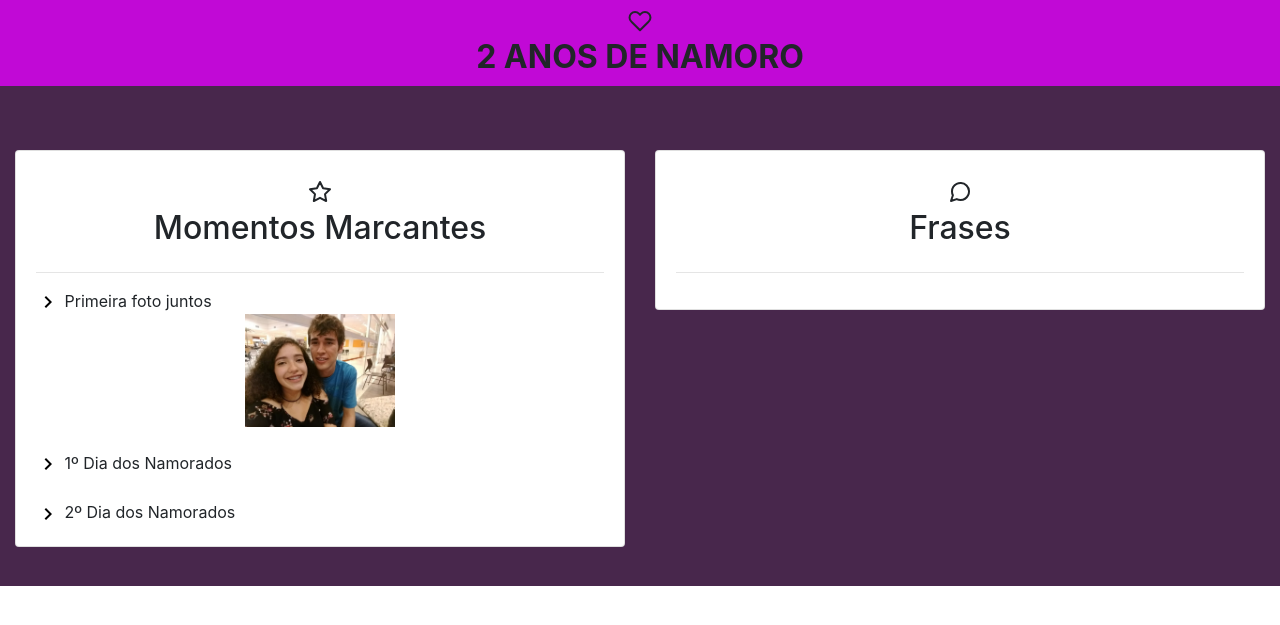
Repository: MeuAmor/meuamor.github.io
Page: index.html
An editor plug-in stored every save of this project. The page is shown before and after the next save, followed by the edit.
The browser window is 1280 px wide. The pictures show the whole page.

Above is the page before, as saved 2019-08-20 22:07:46.

### index.html
<!DOCTYPE html>
<html lang="pt">
<head>
  <title>2 ANOS</title>
  <meta charset="utf-8">
  <meta name="viewport" content="width=device-width, initial-scale=1">
  <link rel="stylesheet" href="assets/css/bootstrap4.1/bootstrap.min.css">
  <script src="assets/js/jquery.3.3.1.min.js"></script>
  <script src="assets/js/bootstrap4.1/popper.min.js"></script>
	<script src="assets/js/bootstrap4.1/bootstrap.min.js"></script>
	<!-- <style>
			hr {
				margin-top: 1rem;
				margin-bottom: 1rem;
				border: 5;
				border-top: 1px solid rgba(0, 0, 0, 0.1);
			}
		</style> -->
</head>
<body class="container-fluid">


	<div class="row" style="background:#c109d6">
		<div class="col-md-12 text-left">
			<h2>
                <!-- <svg xmlns="http://www.w3.org/2000/svg" width="24" height="24" viewBox="0 0 24 24" fill="none" stroke="currentColor"
                        stroke-width="2" stroke-linecap="round" stroke-linejoin="round" class="feather feather-heart">
                    <path d="M20.84 4.61a5.5 5.5 0 0 0-7.78 0L12 5.67l-1.06-1.06a5.5 5.5 0 0 0-7.78 7.78l1.06 1.06L12 21.23l7.78-7.78 1.06-1.06a5.5 5.5 0 0 0 0-7.78z"/>
                </svg> -->
                <div class="text-center">

                    <svg xmlns="http://www.w3.org/2000/svg" width="24" height="24" viewBox="0 0 24 24" fill="none" stroke="currentColor"
                            stroke-width="2" stroke-linecap="round" stroke-linejoin="round" class="feather feather-heart">
                        <path d="M20.84 4.61a5.5 5.5 0 0 0-7.78 0L12 5.67l-1.06-1.06a5.5 5.5 0 0 0-7.78 7.78l1.06 1.06L12 21.23l7.78-7.78 1.06-1.06a5.5 5.5 0 0 0 0-7.78z"/>
                    </svg>
                </div>
                <div class="text-center">

                    <b>2 ANOS DE NAMORO </b>
                </div>
            </h2>
		</div>
		<div class="col-md-6 " id="redes_sociais">
			<!-- <a style="margin:10px;" class="btn btn-info btn-xs float-right" href="http://www.linkedin.com/in/leonardo-bernardes-da-silva-a8869b132">
				<svg xmlns="http://www.w3.org/2000/svg" width="24" height="24" viewBox="0 0 24 24" fill="none" stroke="currentColor" stroke-width="2" stroke-linecap="round" stroke-linejoin="round" class="feather feather-linkedin">
					<path d="M16 8a6 6 0 0 1 6 6v7h-4v-7a2 2 0 0 0-2-2 2 2 0 0 0-2 2v7h-4v-7a6 6 0 0 1 6-6z"></path><rect x="2" y="9" width="4" height="12"></rect>
					<circle cx="4" cy="4" r="2"></circle></svg>	LinkedIn</a>
				<a style="margin:10px;" class="btn btn-primary btn-xs float-right" href="http://www.facebook.com/lezinho.bernardes">
					<svg xmlns="http://www.w3.org/2000/svg" width="24" height="24" viewBox="0 0 24 24" fill="none" stroke="currentColor" stroke-width="2" stroke-linecap="round" stroke-linejoin="round" class="feather feather-facebook">
						<path d="M18 2h-3a5 5 0 0 0-5 5v3H7v4h3v8h4v-8h3l1-4h-4V7a1 1 0 0 1 1-1h3z"></path>
					</svg>
					LinkedIn
				</a>  -->
		</div>


</div>
<div class="row" style="background:#48274c;min-height: 500px;">

	<!-- <hr> -->
	<!-- <p style="margin: 10px;">
		<a class="btn btn-dark" data-toggle="collapse" href="#multiCollapseExample1" role="button" aria-expanded="false" aria-controls="multiCollapseExample1">Toggle first element</a>
		<button class="btn btn-dark" type="button" data-toggle="collapse" data-target="#multiCollapseExample2" aria-expanded="false" aria-controls="multiCollapseExample2">Toggle second element</button>
		<button class="btn btn-dark" type="button" data-toggle="collapse" data-target=".multi-collapse" aria-expanded="false" aria-controls="multiCollapseExample1 multiCollapseExample2">Toggle both elements</button> -->
	<!-- </p> -->


	<div class="col-md-6" style="margin-top: 5%;">
		<div class="card card-body">
            <h2>
                <div class="text-center">

                    <svg xmlns="http://www.w3.org/2000/svg" width="24" height="24" viewBox="0 0 24 24"
                        fill="none" stroke="currentColor" stroke-width="2" stroke-linecap="round" stroke-linejoin="round"
                        class="feather feather-star">
                        <polygon points="12 2 15.09 8.26 22 9.27 17 14.14 18.18 21.02 12 17.77 5.82 21.02 7 14.14 2 9.27 8.91 8.26 12 2"/>
                    </svg>
                </div>
                <div class="text-center">

                    Momentos Marcantes
                </div>
            </h2>
            <hr>
            <div>

                <svg xmlns="http://www.w3.org/2000/svg" width="24" height="24" viewBox="0 0 24 24">
                    <path d="M8.59 16.59L13.17 12 8.59 7.41 10 6l6 6-6 6-1.41-1.41z"/>
                    <path fill="none" d="M0 0h24v24H0V0z"/>
                </svg>
                Primeira foto juntos<br>
                <div class="text-center">
                    <img src="imagens/primeira_foto.jpg" alt="Primeira Foto" width="150px;">
                </div>
                <br>
                <svg xmlns="http://www.w3.org/2000/svg" width="24" height="24" viewBox="0 0 24 24">
                    <path d="M8.59 16.59L13.17 12 8.59 7.41 10 6l6 6-6 6-1.41-1.41z"/>
                    <path fill="none" d="M0 0h24v24H0V0z"/>
                </svg>
                1º Dia dos Namorados<br>
                <div class="text-center">


                </div>
                <br>


                <svg xmlns="http://www.w3.org/2000/svg" width="24" height="24" viewBox="0 0 24 24">
                    <path d="M8.59 16.59L13.17 12 8.59 7.41 10 6l6 6-6 6-1.41-1.41z"/>
                    <path fill="none" d="M0 0h24v24H0V0z"/>
                </svg> 2º Dia dos Namorados

            </div>
		</div>
	</div>
	<div class="col-md-6" style="margin-top: 5%;">
		<div class="card card-body">
            <h2 style="text-align:center;">
                <div class="text-center">

                    <svg xmlns="http://www.w3.org/2000/svg" width="24" height="24" viewBox="0 0 24 24" fill="none" stroke="currentColor" stroke-width="2" stroke-linecap="round" stroke-linejoin="round" class="feather feather-message-circle">
                    <path d="M21 11.5a8.38 8.38 0 0 1-.9 3.8 8.5 8.5 0 0 1-7.6 4.7 8.38 8.38 0 0 1-3.8-.9L3 21l1.9-5.7a8.38 8.38 0 0 1-.9-3.8 8.5 8.5 0 0 1 4.7-7.6 8.38 8.38 0 0 1 3.8-.9h.5a8.48 8.48 0 0 1 8 8v.5z"/></svg>
                </div>
                <div class="text-center">
                    Frases
                </div>
            </h2>
			<hr>
            <div class="row">


            </div>
        </div>

	</div>

</div>
</body>
</html>

Loaded but not shown: assets/css/bootstrap4.1/bootstrap.min.css (library); assets/js/jquery.3.3.1.min.js (library); assets/js/bootstrap4.1/popper.min.js (library); assets/js/bootstrap4.1/bootstrap.min.js (library)

After the next save:
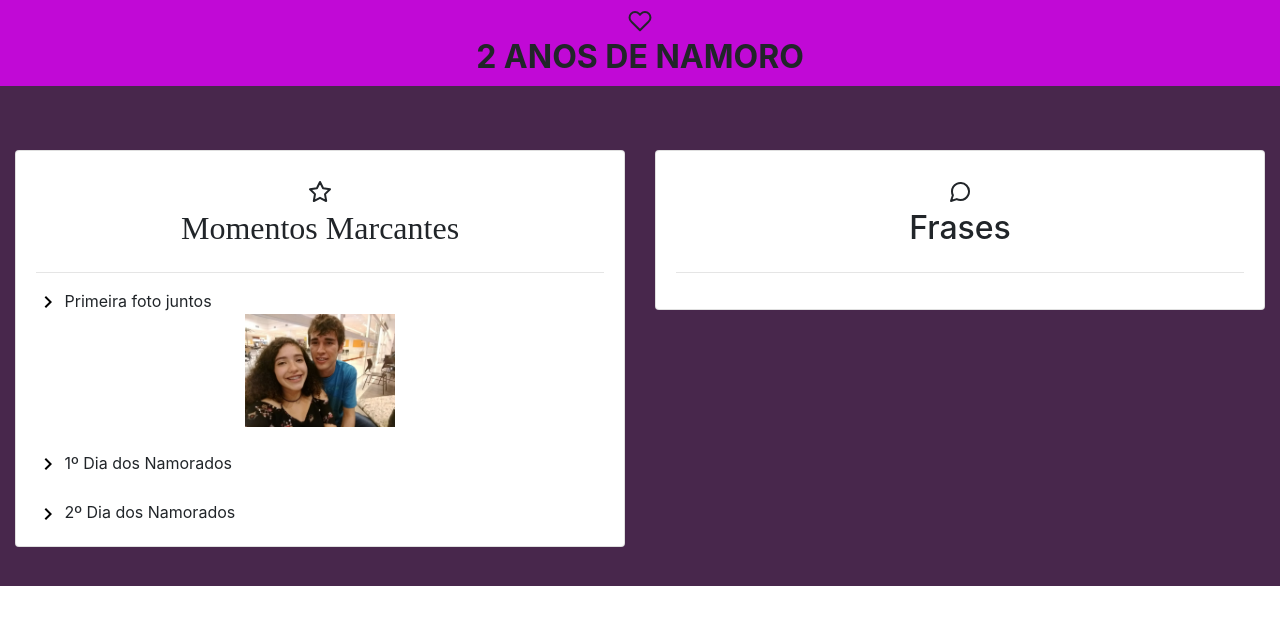
Saved 2 min 10 s later.
--- a/index.html
+++ b/index.html
@@ -76,7 +76,7 @@
                         <polygon points="12 2 15.09 8.26 22 9.27 17 14.14 18.18 21.02 12 17.77 5.82 21.02 7 14.14 2 9.27 8.91 8.26 12 2"/>
                     </svg>
                 </div>
-                <div class="text-center">
+                <div class="text-center" style="font-family: 'Times New Roman', Times, serif">
 
                     Momentos Marcantes
                 </div>
